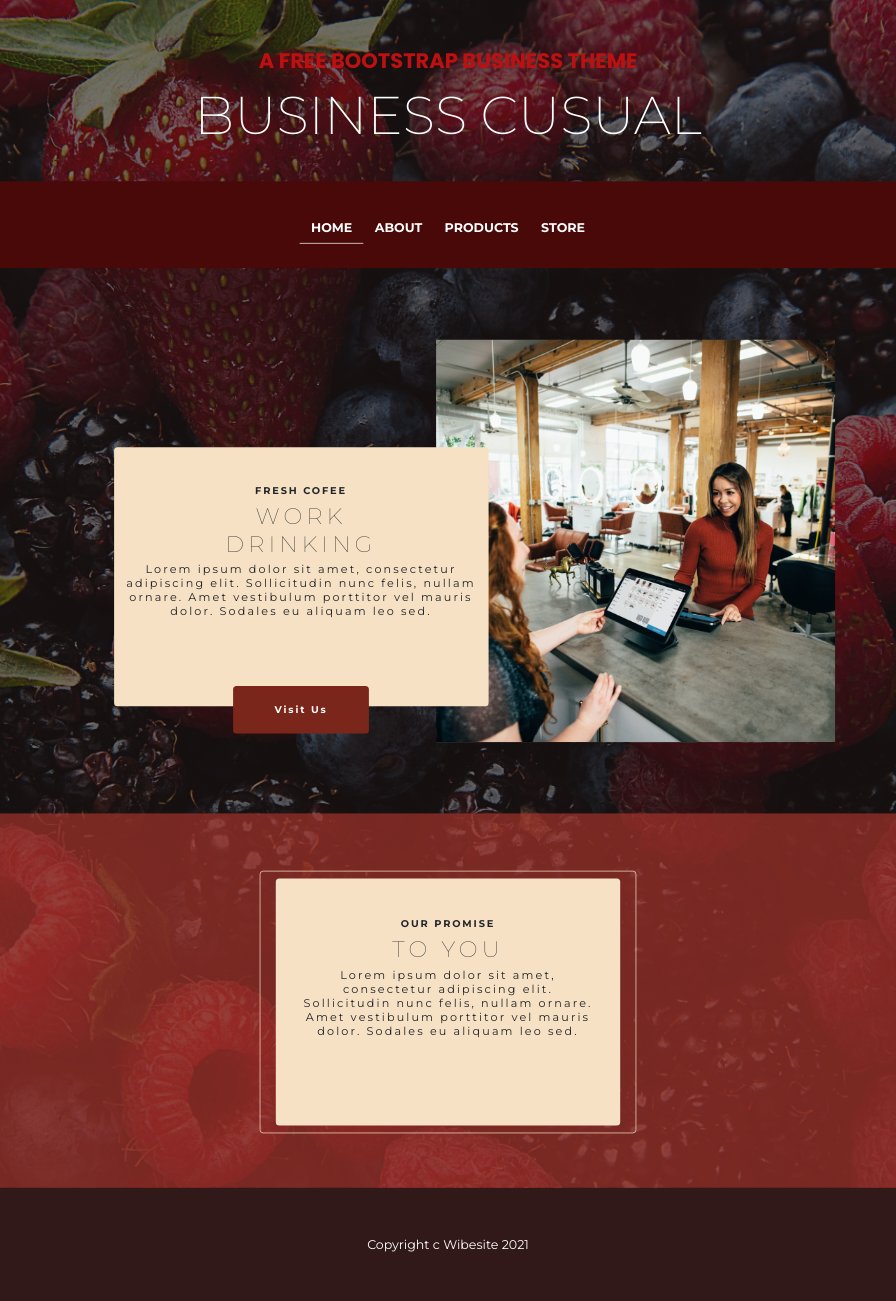
Repository: wadelfadill/tache_7_Business_bootstrap_theme
Page: index.html
The author's editor kept a copy of each file at every save. The page is drawn from the files as they stood at one save, then again after the next save.
The browser window is 1280 px wide. The pictures show the whole page, at 70% of full size.

Above is the page before, as saved 2023-04-28 09:24:34.

After the next save:
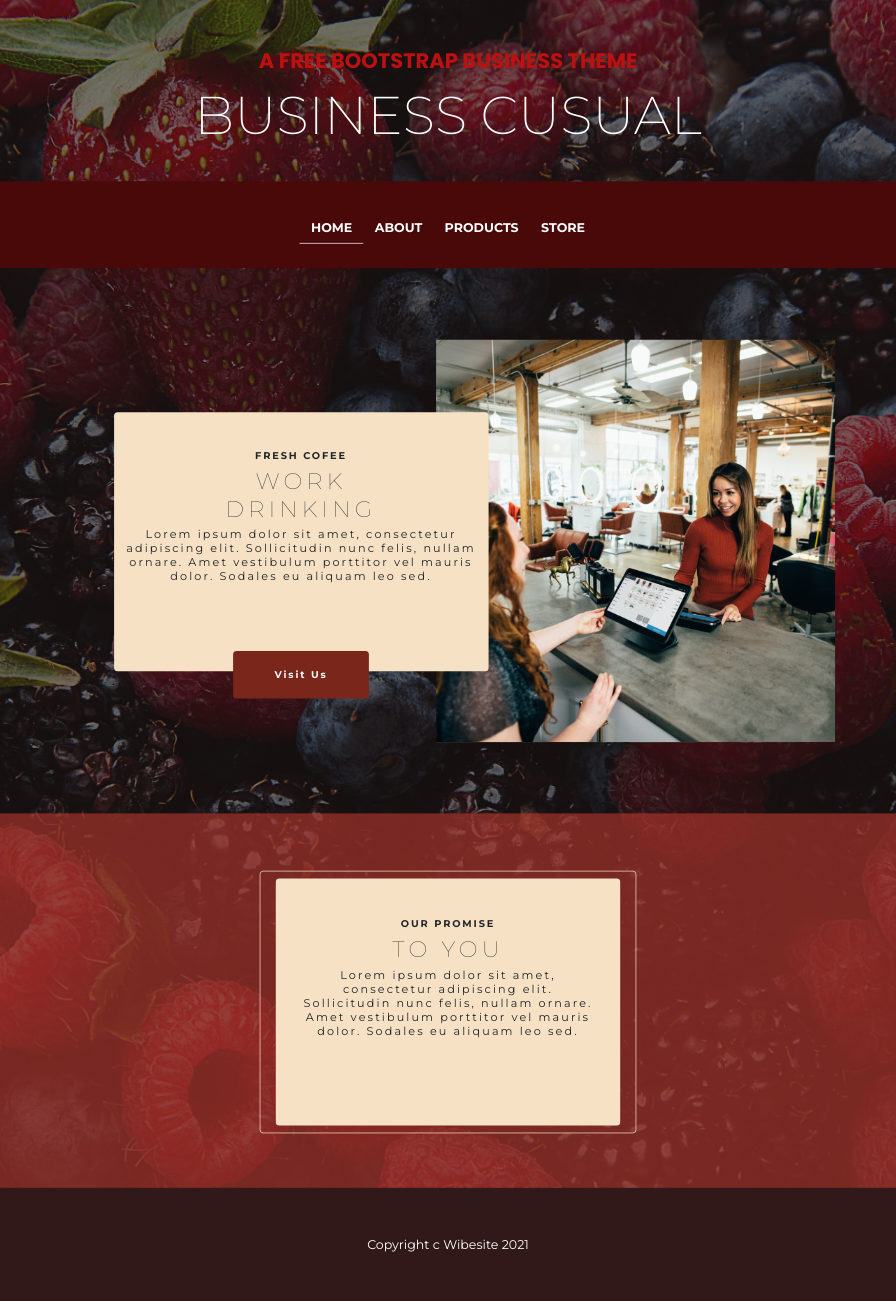
Saved 15 s later.
--- a/css/index_style.css
+++ b/css/index_style.css
@@ -22,7 +22,7 @@
     width: 535px;
     position: relative;
     left: 75px;
-    top: 0px;
+    top: -50px;
 }
 #first_section .div-1 h3{
     font-family: 'Montserrat';
